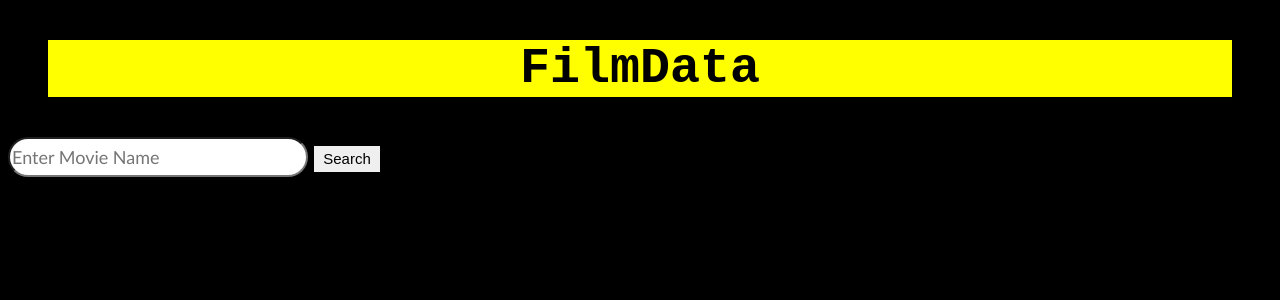
Repository: priyankajainmodi/film_data
Page: index.html
The author's editor kept a copy of each file at every save. The page is drawn from the files as they stood at one save, then again after the next save.
The browser window is 1280 px wide. The pictures show the whole page.

Above is the page before, as saved 2021-11-16 00:40:45.

### index.html
<html>

<head>
    <title>FilmData</title>

    <link rel="icon" href="favicon/favicon.ico" type="image/x-icon">


    <style>
        #leftbox {
            float: left;
            margin-top: 20;
            width: 30%;
            height: 455px;
            margin-bottom: 30;
        }

        #rightbox {
            float: right;
            margin-top: 20;
            width: 70%;
            height: 455px;
            margin-bottom: 30;
        }
    </style>

</head>

<body bgcolor="#000000">
    <h1 id="heading" style="color:#000;margin-bottom:50;; text-align:center;font-family:monospace;background-color:yellow ;font-size:50px;margin:40px;">FilmData</h1>

    <div id="enter">



        <input style="border-radius:50px;height:40;width:300;font-size:18;font-family:calibri;" type="text" placeholder="Enter Movie Name"></input>
        <button id='hel' align="center" style="height:30;width:70;font-size:15;border-style:double;">Search</button>

    </div>

    <div id="content">
        <div>
            <div id="leftbox">
            </div>
            <div id="rightbox"></div>
        </div>
        <br>
        <br>
        <table id="tb">

        </table>
    </div>
    <script src="https://cdn.jsdelivr.net/npm/axios/dist/axios.min.js"></script>
    <script src="film_data.js"></script>
</body>

</html>

### film_data.js
function reset() {
    while (document.querySelector('iframe') != null) {
        document.querySelector('iframe').remove();
    }
    while (document.querySelector('img') != null) {
        document.querySelector('img').remove();
    }

    let tble = document.querySelector('#tb');
    tble.innerHTML = "";
    while (document.querySelector('h2') != null) {
        document.querySelector('h2').remove();
    }

}
let inp = document.querySelector('input');
let but = document.querySelector('button')
    // let tble = document.querySelector('#tb');
    // let row1 = tble.insertRow(0);
    // let cell11 = row1.insertCell(0);
    // let cell12 = row1.insertCell(1);
    // let row2 = tble.insertRow(1);
    // let cell21 = row2.insertCell(0);
    // let cell22 = row2.insertCell(1);
    // let row3 = tble.insertRow(2);
    // let cell31 = row3.insertCell(0);
    // let cell32 = row3.insertCell(1);
    // let row4 = tble.insertRow(3);
    // let cell41 = row4.insertCell(0);
    // let cell42 = row4.insertCell(1);
    // let row5 = tble.insertRow(4);
    // let cell51 = row5.insertCell(0);
    // let cell52 = row5.insertCell(1);
    // let row6 = tble.insertRow(5);
    // let cell61 = row6.insertCell(0);
    // let cell62 = row6.insertCell(1);
    // let video = document.createElement('iframe');
    // video.height = 400;
    // video.width = 900;
    // let img = document.createElement('img');
    // let divi1 = document.querySelector('#leftbox');
    // divi1.appendChild(img);


but.onclick = () => {
    fetch(`https://www.omdbapi.com/?t=${inp.value}&apikey=a5b97ecf`)
        .then((res) => { return res.json(); })
        .then((data) => {

            if (data.Response == 'False') {
                reset();
                let p = document.createElement('h2');
                p.append(data.Error);
                p.style.color = 'white';
                document.querySelector('#leftbox').appendChild(p);

            } else {
                reset();
                let tble = document.querySelector('#tb');
                let row1 = tble.insertRow(0);
                let cell11 = row1.insertCell(0);
                let cell12 = row1.insertCell(1);
                let row2 = tble.insertRow(1);
                let cell21 = row2.insertCell(0);
                let cell22 = row2.insertCell(1);
                let row3 = tble.insertRow(2);
                let cell31 = row3.insertCell(0);
                let cell32 = row3.insertCell(1);
                let row4 = tble.insertRow(3);
                let cell41 = row4.insertCell(0);
                let cell42 = row4.insertCell(1);
                let row5 = tble.insertRow(4);
                let cell51 = row5.insertCell(0);
                let cell52 = row5.insertCell(1);
                let row6 = tble.insertRow(5);
                let cell61 = row6.insertCell(0);
                let cell62 = row6.insertCell(1);
                let video = document.createElement('iframe');
                video.height = 400;
                video.width = 900;
                let img = document.createElement('img');
                let divi1 = document.querySelector('#leftbox');
                divi1.appendChild(img);

                fetch(`https://imdb-api.com/en/API/SearchMovie/k_3pxoshah/${inp.value}`)
                    .then(res => { return res.json(); })
                    .then((data) => { return data.results[0].id })
                    .then((title) => {

                        fetch(`https://imdb-api.com/en/API/YouTubeTrailer/k_3pxoshah/${title}`)
                            .then((res) => { return res.json() })
                            .then((data) => {
                                let url = `${data.videoUrl.replace('watch?v=', 'embed/')}`;
                                video.src = `${url}`;



                            })
                    })
                    .catch((err) => { console.log(err); })
                let divi = document.querySelector("#rightbox");
                divi.appendChild(video);

                img.src = data.Poster;
                img.style.display = 'block';

                //row for actor details

                row1.style.fontSize = 20;

                cell11.innerHTML = 'Actors';
                cell12.innerHTML = `${data.Actors}`;
                cell11.style.color = 'yellow';
                cell12.style.color = 'white';
                cell11.style.paddingRight = 50;
                cell12.style.width = 700;

                //row for director detail

                row2.style.fontSize = 20;

                cell21.innerHTML = 'Director';
                cell22.innerHTML = `${data.Director}`;
                cell21.style.color = 'yellow';
                cell22.style.color = 'white';
                cell21.style.paddingRight = 50;
                cell22.style.width = 700;

                //row for genre detail

                row3.style.fontSize = 20;

                cell31.innerHTML = 'Genre';
                cell32.innerHTML = `${data.Genre}`;
                cell31.style.color = 'yellow';
                cell32.style.color = 'white';
                cell31.style.paddingRight = 50;
                cell32.style.width = 700;

                //row for plot

                row4.style.fontSize = 20;

                cell41.innerHTML = 'Plot';
                cell42.innerHTML = `${data.Plot}`;
                cell41.style.color = 'yellow';
                cell42.style.color = 'white';
                cell41.style.paddingRight = 50;
                cell42.style.width = 700;

                //row for movie time


                row5.style.fontSize = 20;

                cell51.innerHTML = 'Duration';
                let time = parseInt(data.Runtime);
                cell52.innerHTML = `${Math.floor(time/60)} hr ${time%60} min`;
                cell51.style.color = 'yellow';
                cell52.style.color = 'white';
                cell51.style.paddingRight = 50;
                cell52.style.width = 700;

                //imdb rating


                row6.style.fontSize = 20;

                cell61.innerHTML = 'imdbRating';

                cell62.innerHTML = `${data.imdbRating}/10`;
                cell61.style.color = 'yellow';
                cell62.style.color = 'white';
                cell61.style.paddingRight = 50;
                cell62.style.width = 700;




            }


        })
}

After the next save:
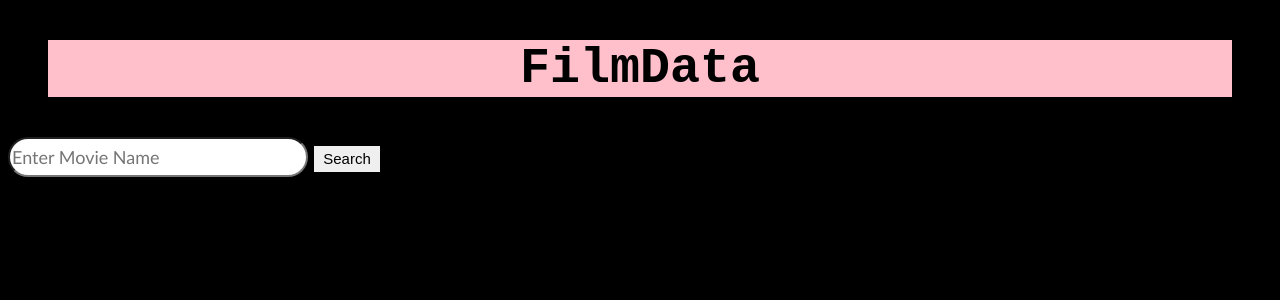
Saved 59 s later.
--- a/index.html
+++ b/index.html
@@ -27,7 +27,7 @@
 </head>
 
 <body bgcolor="#000000">
-    <h1 id="heading" style="color:#000;margin-bottom:50;; text-align:center;font-family:monospace;background-color:yellow ;font-size:50px;margin:40px;">FilmData</h1>
+    <h1 id="heading" style="color:#000;margin-bottom:50;; text-align:center;font-family:monospace;background-color:pink ;font-size:50px;margin:40px;">FilmData</h1>
 
     <div id="enter">
 

After the save that followed:
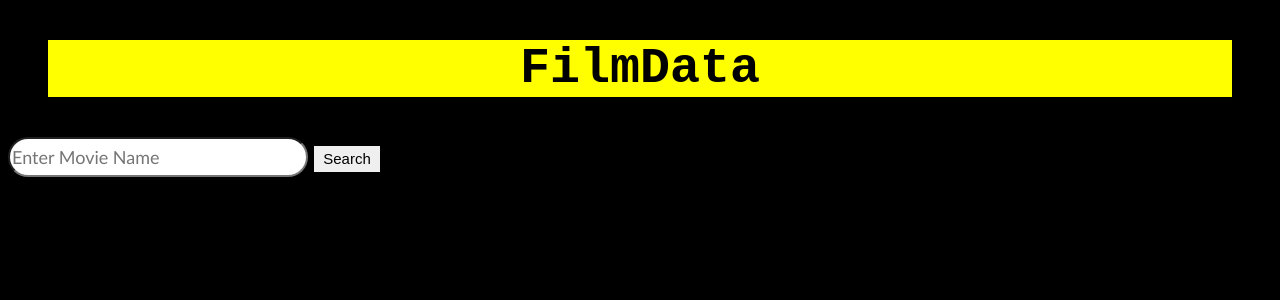
Saved 27 s later.
--- a/index.html
+++ b/index.html
@@ -27,7 +27,7 @@
 </head>
 
 <body bgcolor="#000000">
-    <h1 id="heading" style="color:#000;margin-bottom:50;; text-align:center;font-family:monospace;background-color:pink ;font-size:50px;margin:40px;">FilmData</h1>
+    <h1 id="heading" style="color:#000;margin-bottom:50;; text-align:center;font-family:monospace;background-color:yellow ;font-size:50px;margin:40px;">FilmData</h1>
 
     <div id="enter">
 
